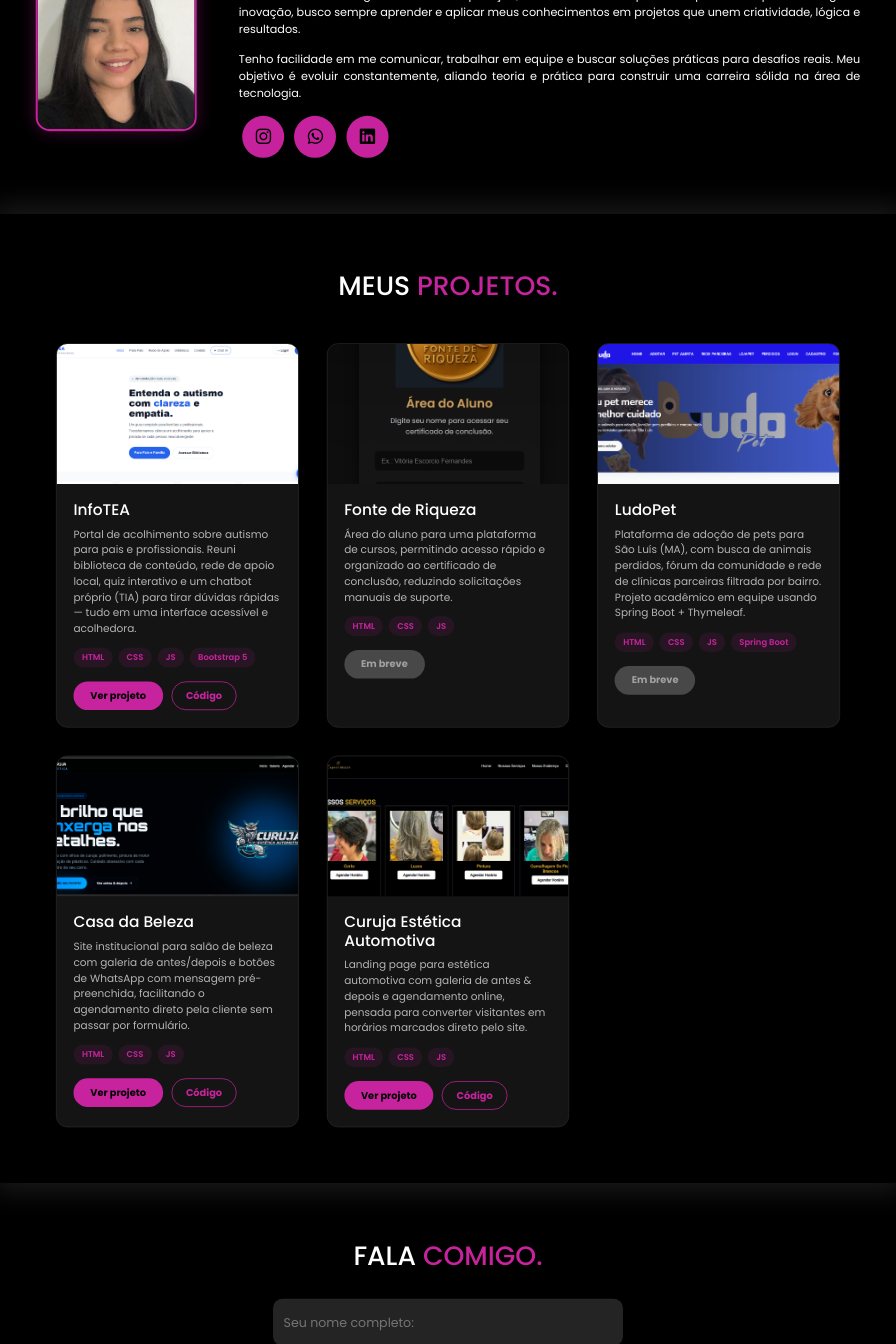
Repository: Vitoria1705/meu-portifolio
Page: index.html
An editor plug-in stored every save of this project. The page is shown before and after the next save, followed by the edit.
The browser window is 1280 px wide. The pictures show the part of the page from y = 1468 to 3388 px (the page is 4145 px tall), at 70% of full size.
Some web fonts or font styles are not loaded; a fallback is used.

Above is the page before, as saved 2026-07-07 15:59:18.

### index.html
<!DOCTYPE html>
<html lang="pt-br">

<head>
  <meta charset="UTF-8">
  <meta name="viewport" content="width=device-width, initial-scale=1.0">

  <!-- SEO BÁSICO -->
  <title>Vitória Escorcio | Desenvolvimento Web & UX Design</title>
  <meta name="description" content="Desenvolvedora web e UX Designer. Crio sites modernos, responsivos e funcionais que unem design, tecnologia e propósito.">
  <meta name="keywords" content="desenvolvimento web, UX design, front-end, sites responsivos, São Luís MA, Vitória Escorcio">
  <meta name="author" content="Vitória Escorcio">

  <!-- OPEN GRAPH (compartilhamento em redes sociais) -->
  <meta property="og:title" content="Vitória Escorcio | Desenvolvimento Web & UX Design">
  <meta property="og:description" content="Construindo experiências digitais que unem design, tecnologia e propósito.">
  <meta property="og:image" content="images/foto.jpeg">
  <meta property="og:type" content="website">
  <meta property="og:url" content="https://vitoria1705.github.io/">

  <!-- GOOGLE FONTS-->
  <link rel="preconnect" href="https://fonts.googleapis.com">
  <link rel="preconnect" href="https://fonts.gstatic.com" crossorigin>
  <link
    href="https://fonts.googleapis.com/css2?family=Nata+Sans:wght@100..900&family=Poppins:ital,wght@0,100;0,200;0,300;0,400;0,500;0,600;0,700;0,800;0,900;1,100;1,200;1,300;1,400;1,500;1,600;1,700;1,800;1,900&family=Roboto:ital,wght@0,100..900;1,100..900&display=swap"
    rel="stylesheet">
  <!-- FIM GOOGLE FONTS -->

  <!-- BOOTSTRAP CSS -->
  <link rel="stylesheet" href="https://stackpath.bootstrapcdn.com/bootstrap/4.1.3/css/bootstrap.min.css">

  <!-- BOOTSTRAP ICONS -->
  <link rel="stylesheet" href="https://cdn.jsdelivr.net/npm/bootstrap-icons@1.10.5/font/bootstrap-icons.css">

  <!-- GOOGLE ANALYTICS -->
  <script async src="https://www.googletagmanager.com/gtag/js?id=G-ZFM96BX09X"></script>
  <script>
    window.dataLayer = window.dataLayer || [];
    function gtag(){dataLayer.push(arguments);}
    gtag('js', new Date());
    gtag('config', 'G-ZFM96BX09X');
  </script>

  <link rel="stylesheet" href="style.css">

  <script src="menu.js" defer></script>
</head>

<body>

  <header>
    <div class="interface">
      <div class="logo">
        <a href="#inicio">
          <img src="images/logoVE.png" alt="Logo Vitória Escorcio" width="120" style="border-radius: 15px;">
        </a>
      </div><!--logo-->

      <nav class="menu-desktop">
        <ul>
          <li><a href="#inicio">Inicio</a></li>
          <li><a href="#especialidades">Especialidades</a></li>
          <li><a href="#sobre">Sobre</a></li>
          <li><a href="#projetos">Projetos</a></li>
        </ul>
      </nav>

      <div class="btn-contato">
        <a href="#contato">
          <button>Contato</button>
        </a>
      </div><!--btn-contato-->

      <div class="btn-abrir-menu" id="btn-menu">
        <i class="bi bi-list"></i>
      </div>

      <div class="menu-mobile" id="menu-mobile">
        <div class="btn-fechar">
          <i class="bi bi-x-lg"></i>
        </div>

        <nav>
          <ul>
            <li><a href="#inicio">Início</a></li>
            <li><a href="#especialidades">Especialidades</a></li>
            <li><a href="#sobre">Sobre</a></li>
            <li><a href="#projetos">Projetos</a></li>
            <li><a href="#contato">Contato</a></li>
          </ul>
        </nav>
      </div>

      <div class="overlay-menu" id="overlay-menu"></div>

    </div><!--interface-->
  </header>

  <main>
    <section id="inicio" class="topo-do-site">
      <div class="interface">
        <div class="flex">
          <div class="txt-topo-site">
            <h1>CONSTRUINDO EXPERIÊNCIAS DIGITAIS QUE UNEM DESIGN, TECNOLOGIA E PROPÓSITO<span>.</span></h1>
            <p>Soluções pensadas para impressionar visualmente, funcionar com fluidez e gerar resultados reais.</p>
            <div class="btn-contato">
              <a href="#contato">
                <button>Entre em contato</button>
              </a>
            </div>
          </div><!--txt-topo-do-site-->

          <div class="img-topo-site">
            <img src="images/foto.jpeg" alt="Vitória Escorcio sorrindo, foto de perfil" class="foto-hero">
          </div><!--img-topo-do-site-->
        </div><!--flex-->
      </div><!--interface-->
    </section><!--topo-do-site-->

    <section id="especialidades" class="especialidades">
      <div class="interface">
        <h2 class="titulo">MINHAS <span>ESPECIALIDADES.</span></h2>
        <div class="flex">
          <div class="especialidades-box">
            <i class="bi bi-code-square"></i>
            <h3>Website</h3>
            <p>Desenvolvo sites modernos, responsivos e otimizados, unindo criatividade ao conhecimento técnico em
              programação. Meu objetivo é transformar ideias em páginas funcionais, seguras e com design atrativo,
              proporcionando uma experiência única para o usuário.</p>
          </div><!--especialidades-box-->
          <div class="especialidades-box">
            <i class="bi bi-vector-pen"></i>
            <h3>UX Design</h3>
            <p>Utilizo técnicas e metodologias de UX Design para criar experiências digitais funcionais e agradáveis.
              Minha abordagem foca em compreender o usuário, estruturar jornadas eficientes e desenvolver interfaces que
              unem estética com facilidade de uso, garantindo maior retenção, engajamento e resultados reais.</p>
          </div><!--especialidades-box-->
          <div class="especialidades-box">
            <i class="bi bi-bar-chart-line"></i>
            <h3>Análise e Estruturação de Dados</h3>
            <p>Organizo, analiso e interpreto dados para gerar insights e melhorar processos. Tenho experiência com
              bancos de dados, relatórios e ferramentas digitais, criando estruturas claras que facilitam a tomada de
              decisão.</p>
          </div><!--especialidades-box-->
        </div><!--flex-->
      </div><!--interface-->
    </section><!--especialidades-->

    <section id="sobre" class="sobre">
      <div class="interface">
        <div class="flex">
          <div class="img-sobre">
            <img src="images/foto.jpeg" alt="Vitória Escorcio, desenvolvedora e UX Designer" class="foto-sobre">
          </div><!--img-sobre-->

          <div class="txt-sobre">
            <h2>MUITO PRAZER, <span>SOU VITÓRIA ESCORCIO.</span></h2>
            <p>Sou estudante de Engenharia de Computação, atualmente no 4º período. Apaixonada por tecnologia e
              inovação, busco sempre aprender e aplicar meus conhecimentos em projetos que unem criatividade, lógica e
              resultados.</p>
            <p>Tenho facilidade em me comunicar, trabalhar em equipe e buscar soluções práticas para desafios reais. Meu
              objetivo é evoluir constantemente, aliando teoria e prática para construir uma carreira sólida na área de
              tecnologia.</p>

            <div class="btn-social">
              <!-- Instagram -->
              <a href="https://www.instagram.com/vitoria_escorcio" target="_blank" aria-label="Instagram">
                <button><i class="bi bi-instagram"></i></button>
              </a>

              <!-- WhatsApp -->
              <a href="https://wa.me/98984838902" target="_blank" aria-label="WhatsApp">
                <button><i class="bi bi-whatsapp"></i></button>
              </a>

              <!-- LinkedIn -->
              <a href="https://www.linkedin.com/in/vit%C3%B3ria-escorcio-82a314301" target="_blank" aria-label="LinkedIn">
                <button><i class="bi bi-linkedin"></i></button>
              </a>
            </div>
          </div><!--txt-sobre-->
        </div><!--flex-->
      </div><!--interface-->
    </section><!--sobre-->

    <section id="projetos" class="portfolio">
      <div class="interface">
        <h2 class="titulo">MEUS <span>PROJETOS.</span></h2>
        <div class="portfolio-grid">

          <div class="projeto-card">
            <div class="projeto-img" style="background-image: url(images/projeto1.jpeg);" role="img" aria-label="Tela inicial do site InfoTEA"></div>
            <div class="projeto-info">
              <h3>InfoTEA</h3>
              <p>Portal de acolhimento sobre autismo para pais e profissionais. Reuni biblioteca de conteúdo, rede
                de apoio local, quiz interativo e um chatbot próprio (TIA) para tirar dúvidas rápidas — tudo em uma
                interface acessível e acolhedora.</p>
              <div class="projeto-tags">
                <span>HTML</span><span>CSS</span><span>JS</span><span>Bootstrap 5</span>
              </div>
              <div class="projeto-links">
                <a href="https://vitoria1705.github.io/InfoTEA/" target="_blank" class="btn-ver-projeto">Ver projeto</a>
                <!-- Substitua pelo link real do repositório -->
                <a href="#" target="_blank" class="btn-secundario">Código</a>
              </div>
            </div>
          </div>

          <div class="projeto-card">
            <div class="projeto-img" style="background-image: url(images/projeto2.jpeg);" role="img" aria-label="Área do aluno da plataforma Fonte de Riqueza"></div>
            <div class="projeto-info">
              <h3>Fonte de Riqueza</h3>
              <p>Área do aluno para uma plataforma de cursos, permitindo acesso rápido e organizado ao certificado
                de conclusão, reduzindo solicitações manuais de suporte.</p>
              <div class="projeto-tags">
                <span>HTML</span><span>CSS</span><span>JS</span>
              </div>
              <div class="projeto-links">
                <span class="btn-ver-projeto disabled">Em breve</span>
              </div>
            </div>
          </div>

          <div class="projeto-card">
            <div class="projeto-img" style="background-image: url(images/projeto3.png);" role="img" aria-label="Tela inicial da plataforma LudoPet"></div>
            <div class="projeto-info">
              <h3>LudoPet</h3>
              <p>Plataforma de adoção de pets para São Luís (MA), com busca de animais perdidos, fórum da
                comunidade e rede de clínicas parceiras filtrada por bairro. Projeto acadêmico em equipe usando
                Spring Boot + Thymeleaf.</p>
              <div class="projeto-tags">
                <span>HTML</span><span>CSS</span><span>JS</span><span>Spring Boot</span>
              </div>
              <div class="projeto-links">
                <span class="btn-ver-projeto disabled">Em breve</span>
              </div>
            </div>
          </div>

          <div class="projeto-card">
            <div class="projeto-img" style="background-image: url(images/projeto4.png);" role="img" aria-label="Site institucional Casa da Beleza"></div>
            <div class="projeto-info">
              <h3>Casa da Beleza</h3>
              <p>Site institucional para salão de beleza com galeria de antes/depois e botões de WhatsApp com
                mensagem pré-preenchida, facilitando o agendamento direto pela cliente sem passar por formulário.</p>
              <div class="projeto-tags">
                <span>HTML</span><span>CSS</span><span>JS</span>
              </div>
              <div class="projeto-links">
                <a href="https://vitoria1705.github.io/salao-casa-da-beleza/" target="_blank" class="btn-ver-projeto">Ver projeto</a>
                <a href="#" target="_blank" class="btn-secundario">Código</a>
              </div>
            </div>
          </div>

          <div class="projeto-card">
            <div class="projeto-img" style="background-image: url(images/projeto5.png);" role="img" aria-label="Landing page Curuja Estética Automotiva"></div>
            <div class="projeto-info">
              <h3>Curuja Estética Automotiva</h3>
              <p>Landing page para estética automotiva com galeria de antes &amp; depois e agendamento online,
                pensada para converter visitantes em horários marcados direto pelo site.</p>
              <div class="projeto-tags">
                <span>HTML</span><span>CSS</span><span>JS</span>
              </div>
              <div class="projeto-links">
                <a href="https://coruja-est-tica-auto-spa.vercel.app/" target="_blank" class="btn-ver-projeto">Ver projeto</a>
                <a href="#" target="_blank" class="btn-secundario">Código</a>
              </div>
            </div>
          </div>

        </div><!--portfolio-grid-->
      </div><!--interface-->
    </section><!--portfolio-->

    <section id="contato" class="formulario">
      <div class="interface">
        <h2 class="titulo">FALA <span>COMIGO.</span></h2>
        <form id="form-contato">

          <input type="text" name="nome" id="campo-nome" placeholder="Seu nome completo:" required>
          <input type="email" name="email" id="campo-email" placeholder="Seu e-mail:" required>
          <input type="text" name="celular" id="campo-celular" placeholder="Seu celular:">
          <textarea name="mensagem" id="campo-mensagem" placeholder="Sua mensagem:" required></textarea>

          <div class="btn-enviar">
            <input type="submit" value="ENVIAR">
          </div>
        </form>
        <script>
          document.getElementById('form-contato').addEventListener('submit', function (e) {
            e.preventDefault();

            const nome = document.getElementById('campo-nome').value;
            const email = document.getElementById('campo-email').value;
            const celular = document.getElementById('campo-celular').value;
            const mensagem = document.getElementById('campo-mensagem').value;

            const texto =
              `Olá, meu nome é ${nome}.%0A` +
              `E-mail: ${email}%0A` +
              (celular ? `Celular: ${celular}%0A` : '') +
              `Mensagem: ${mensagem}`;

            // Substitua pelo seu número no formato: código do país + DDD + número (sem espaços/símbolos)
            const numeroWhatsapp = '5598984838902';

            window.open(`https://wa.me/${numeroWhatsapp}?text=${texto}`, '_blank');
          });
        </script>
      </div><!--interface-->
    </section><!--formulario-->

  </main>

  <!-- BOTÃO FLUTUANTE DE WHATSAPP -->
  <a href="https://wa.me/98984838902" target="_blank" class="whatsapp-float" aria-label="Falar no WhatsApp">
    <i class="bi bi-whatsapp"></i>
  </a>

  <footer>
    <div class="interface">
      <div class="line-footer">
        <div class="flex">
          <div class="logo-footer">
            <img src="images/logoVE.png" width="120" alt="Logo Vitória Escorcio" style="border-radius: 15px;">
          </div><!--logo-footer-->
          <div class="btn-social">
            <a href="https://www.instagram.com/vitoria_escorcio" target="_blank" aria-label="Instagram">
              <button><i class="bi bi-instagram"></i></button>
            </a>
            <a href="https://wa.me/98984838902" target="_blank" aria-label="WhatsApp">
              <button><i class="bi bi-whatsapp"></i></button>
            </a>
            <a href="https://www.linkedin.com/in/vit%C3%B3ria-escorcio-82a314301" target="_blank" aria-label="LinkedIn">
              <button><i class="bi bi-linkedin"></i></button>
            </a>
          </div><!--btn-social-->
        </div>
      </div><!--line-footer-->

      <div class="line-footer borda">
        <p><i class="bi bi-envelope-fill"></i> <a href="mailto:escorcio545@gmail.com">escorcio545@gmail.com</a></p>
      </div><!--line-footer-->
    </div><!--interface-->
  </footer>

</body>
</html>

Loaded but not shown: menu.js (49 lines, source omitted); style.css (587 lines, source omitted)

After the next save:
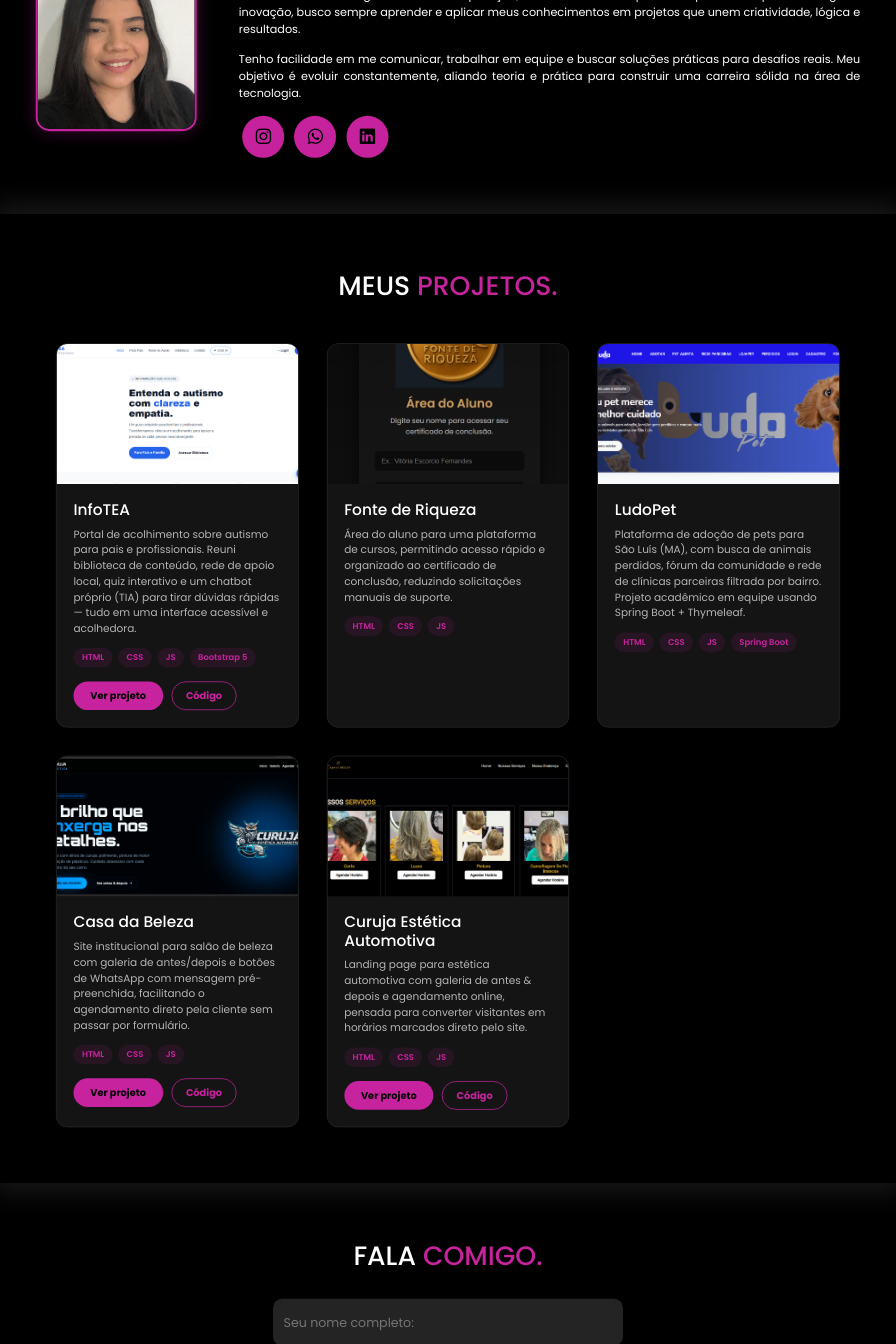
Saved 91 s later.
--- a/index.html
+++ b/index.html
@@ -4,6 +4,8 @@
 <head>
   <meta charset="UTF-8">
   <meta name="viewport" content="width=device-width, initial-scale=1.0">
+
+  <link rel="icon" type="image/svg+xml" href="favicon.svg">
 
   <!-- SEO BÁSICO -->
   <title>Vitória Escorcio | Desenvolvimento Web & UX Design</title>
@@ -164,7 +166,7 @@
 
             <div class="btn-social">
               <!-- Instagram -->
-              <a href="https://www.instagram.com/vitoria_escorcio" target="_blank" aria-label="Instagram">
+              <a href="https://www.instagram.com/fernanescor?utm_source=ig_web_button_share_sheet&igsh=ZDNlZDc0MzIxNw==" target="_blank" aria-label="Instagram">
                 <button><i class="bi bi-instagram"></i></button>
               </a>
 
@@ -215,9 +217,6 @@
               <div class="projeto-tags">
                 <span>HTML</span><span>CSS</span><span>JS</span>
               </div>
-              <div class="projeto-links">
-                <span class="btn-ver-projeto disabled">Em breve</span>
-              </div>
             </div>
           </div>
 
@@ -230,9 +229,6 @@
                 Spring Boot + Thymeleaf.</p>
               <div class="projeto-tags">
                 <span>HTML</span><span>CSS</span><span>JS</span><span>Spring Boot</span>
-              </div>
-              <div class="projeto-links">
-                <span class="btn-ver-projeto disabled">Em breve</span>
               </div>
             </div>
           </div>
@@ -326,7 +322,7 @@
             <img src="images/logoVE.png" width="120" alt="Logo Vitória Escorcio" style="border-radius: 15px;">
           </div><!--logo-footer-->
           <div class="btn-social">
-            <a href="https://www.instagram.com/vitoria_escorcio" target="_blank" aria-label="Instagram">
+            <a href="https://www.instagram.com/fernanescor?utm_source=ig_web_button_share_sheet&igsh=ZDNlZDc0MzIxNw==" target="_blank" aria-label="Instagram">
               <button><i class="bi bi-instagram"></i></button>
             </a>
             <a href="https://wa.me/98984838902" target="_blank" aria-label="WhatsApp">
